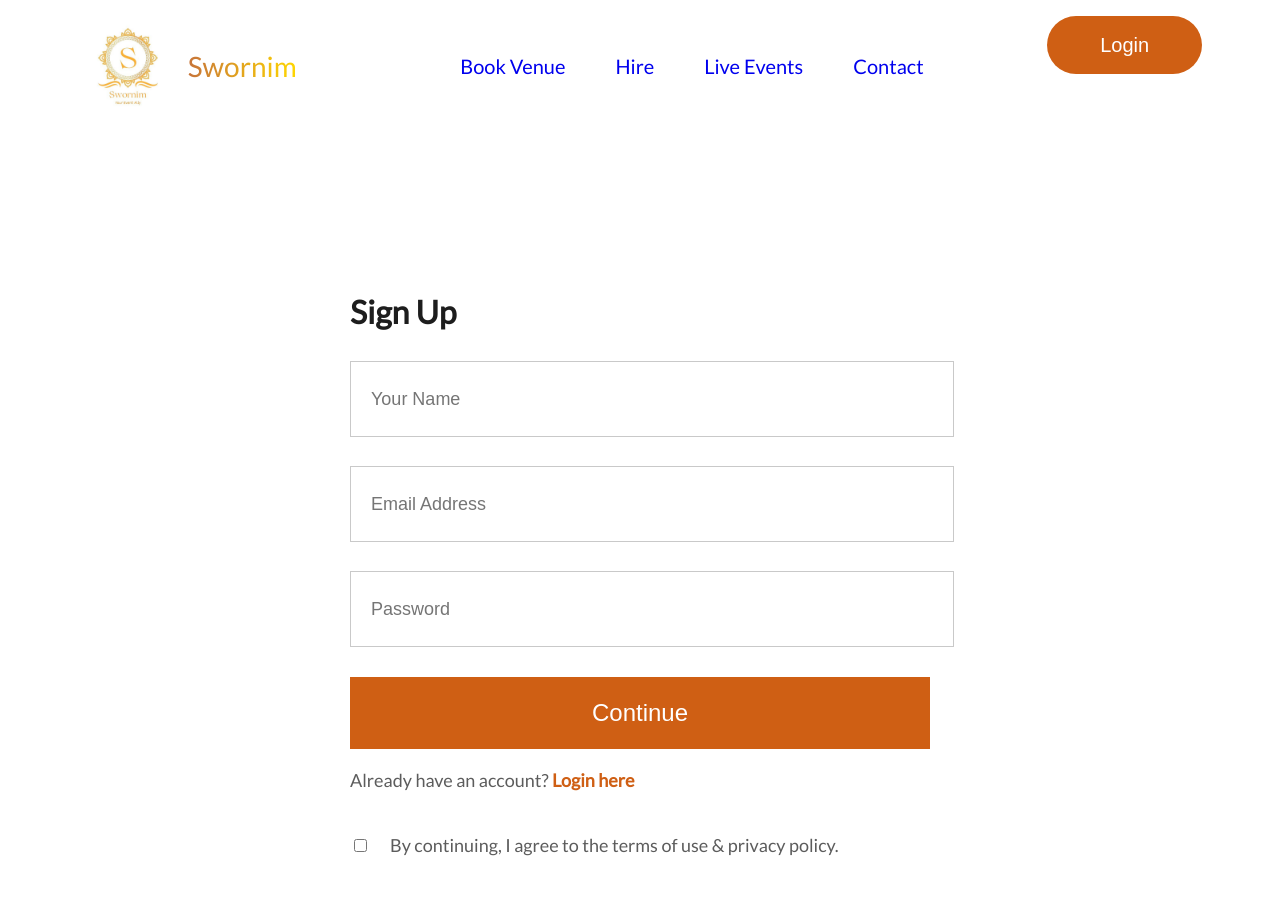
Repository: leonischu/Swornim
Page: /login (app in frontend/)
An editor plug-in stored every save of this project. The page is shown before and after the next save, followed by the edit.
The browser window is 1280 px wide. The pictures show the whole page.
The project was rebuilt for these pictures with package versions that can differ from the ones it lists, and the page was loaded fresh each time. Also part of the build but not shown: frontend/src/App.css, frontend/src/Pages/Book.jsx, frontend/src/Pages/Contact.jsx.

Above is the page before, as saved 2025-05-31 14:05:13.

### frontend/public/index.html
<!DOCTYPE html>
<html lang="en">
  <head>
    <meta charset="utf-8" />
    <link rel="icon" href="%PUBLIC_URL%/favicon.ico" />
    <meta name="viewport" content="width=device-width, initial-scale=1" />
    <meta name="theme-color" content="#000000" />
    <meta
      name="description"
      content="Web site created using create-react-app"
    />
    <link rel="apple-touch-icon" href="%PUBLIC_URL%/logo192.png" />
    <!--
      manifest.json provides metadata used when your web app is installed on a
      user's mobile device or desktop. See https://developers.google.com/web/fundamentals/web-app-manifest/
    -->
    <link rel="manifest" href="%PUBLIC_URL%/manifest.json" />
    <link href="https://fonts.googleapis.com/css2?family=Lato:wght@400;600&family=Playfair+Display:wght@400;600;700&display=swap" rel="stylesheet">
    <!--
      Notice the use of %PUBLIC_URL% in the tags above.
      It will be replaced with the URL of the `public` folder during the build.
      Only files inside the `public` folder can be referenced from the HTML.

      Unlike "/favicon.ico" or "favicon.ico", "%PUBLIC_URL%/favicon.ico" will
      work correctly both with client-side routing and a non-root public URL.
      Learn how to configure a non-root public URL by running `npm run build`.
    -->
    <title>Swornim</title>
  </head>
  <body>
    <noscript>You need to enable JavaScript to run this app.</noscript>
    <div id="root"></div>
    <!--
      This HTML file is a template.
      If you open it directly in the browser, you will see an empty page.

      You can add webfonts, meta tags, or analytics to this file.
      The build step will place the bundled scripts into the <body> tag.

      To begin the development, run `npm start` or `yarn start`.
      To create a production bundle, use `npm run build` or `yarn build`.
    -->
  </body>
</html>

### frontend/src/index.css
body {
  margin: 0;
  font-family: -apple-system, BlinkMacSystemFont, 'Segoe UI', 'Roboto', 'Oxygen',
    'Ubuntu', 'Cantarell', 'Fira Sans', 'Droid Sans', 'Helvetica Neue',
    sans-serif;
  -webkit-font-smoothing: antialiased;
  -moz-osx-font-smoothing: grayscale;
  font-family: 'Lato', sans-serif ;
  color: rgb(29, 29, 29);
}

code {
  font-family: source-code-pro, Menlo, Monaco, Consolas, 'Courier New',
    monospace;
}

### frontend/src/App.js

import './App.css';
import { Navbar } from './Components/Navbar/Navbar';
import { BrowserRouter, Routes, Route } from 'react-router-dom';
import { Book } from './Pages/Book';
import { Contact } from './Pages/Contact';
import { LoginSignup } from './Pages/LoginSignup';
function App() {
  return (
    <div>
      <BrowserRouter>
      <Navbar/>
       <Routes>
          <Route path='/' element={<Book/>}/>
          <Route path='/contact' element={<Contact/>}/>

          <Route path='/login' element={<LoginSignup/>}/>
          </Routes>
      </BrowserRouter>
    </div>
  );
}

export default App;

### frontend/src/Components/Navbar/Navbar.jsx
import React, { useState } from 'react'
import './Navbar.css'

import logo from '../Assets/logo.jpg'
import { Link } from 'react-router-dom';
export const Navbar = () => {
    const [menu, setMenu] = useState(""); // State for active menu item

  return (
    <div className='navbar'>
      <div className='nav-logo'>
        <img src={logo} alt=""/>
        <p>Swornim</p>
      </div>
      <ul className="nav-menu">
        <li onClick={()=>{setMenu("book venue")}}><Link style={{ textDecoration: 'none' }}to='/'>Book Venue</Link>{menu==="book venue"?<hr/>:<></>}</li>
        <li onClick={()=>{setMenu("hire")}}><Link style={{ textDecoration: 'none' }}to='/hire'> Hire</Link>{menu==="hire"?<hr/>:<></>}</li>
        <li onClick={()=>{setMenu("live events")}}><Link style={{ textDecoration: 'none' }} to='/liveevents'>Live Events</Link>{menu==="live events"?<hr/>:<></>}</li>
        <li onClick={()=>{setMenu("contact")}}><Link style={{ textDecoration: 'none' }}  to='/contact'>Contact</Link >{menu==="contact"?<hr/>:<></>}</li>
      </ul>
      <div className='nav-login-cart'>
        <Link to='/login'><button>Login</button></Link>

      </div>
    </div>
  )
}

### frontend/src/Pages/LoginSignup.jsx
import React from 'react'
import './CSS/LoginSignup.css'

export const LoginSignup = () => {
  return (
    <div className='loginsignup'>
        <div className='loginsignup-container'>
            <h1>Sign Up</h1>
            <div className='loginsignup-fields'>
                <input type='text' placeholder='Your Name'/>
                <input type='email' placeholder='Email Address'/>
                <input type='password' placeholder='Password'/>
            </div>
            <button>Continue</button>
            <p className='loginsignup-login'>Already have an account? <span>Login here</span></p>
            <div className="loginsignup-agree">
                <input type='checkbox' name='' id=''/>
                <p>By continuing, I agree to the terms of use & privacy policy.</p>
            </div>
        </div>
    </div>
  )
}

### frontend/src/Components/Navbar/Navbar.css
.navbar{
    display:flex;
    justify-content: space-around;
    padding: 16px;
    box-shadow: 0 1px 3px -2px black;
}
.nav-logo{
    display: flex;
    align-items: center;
    gap: 10px;
}
.nav-logo p {
    background: linear-gradient(to right, rgba(199, 116, 57, 1), #FFD700);
    -webkit-background-clip: text;
    -webkit-text-fill-color: transparent;
    background-clip: text; /* Optional for broader support */
    font-size: 28px;
    font-weight: 400;
}
.nav-logo img {
    width: 100px; /* Adjust the width of an image/icon */
    height: auto;
}
.nav-menu{
    display: flex;
    align-items: center;
    list-style: none;
    gap: 50px;
    color: black;
    font-size: 20px;
    font-weight: 500;

}
.nav-menu li{
    display: flex;
    flex-direction: column;
    align-items: center;
    justify-content: center;
    gap: 3px;
    cursor: pointer;

}
.nav-menu hr{
    border: none;
    width: 90%;
    height: 3px;
    border-radius: 15px;
    background: rgba(207, 95, 20, 1);

}
.nav-login-cart {
    display: flex; /* Flexbox layout */
    gap: 15px; /* Adjust the gap between buttons */
}
.nav-login-cart button{
    width: 155px;
    height: 58px;
    outline: none;
    border: 1px solid transparent;
    border-radius: 75px;
    background-color: rgba(207, 95, 20, 1);
    color: white;
    font-size: 20px;
    font-weight: 500;
    cursor: pointer;
}
.nav-login-cart button:active{
    background: rgba(44, 51, 66, 1);
}

### frontend/src/Pages/CSS/LoginSignup.css
.loginsignup{
    width: 100%;
    height: 80vh;
    background: white;
    padding-top: 100px;
}
.loginsignup-container{
    width: 580px;
    height: 600px;
    background: white;
    margin: auto;
    padding: 40px 60px;
}
.loginsignup-container h1{
    margin: 20px 0px;
}
.loginsignup-fields{
    display: flex;
    flex-direction: column;
    gap: 29px;
    margin-top: 30px;
}
.loginsignup-fields input{
    height: 72px;
    width: 100%;
    padding-left: 20px;
    border: 1px solid #c9c9c9;
    outline: none;
    color: #5c5c5c;
    font-size: 18px;
}
.loginsignup-container button{
    width: 580px;
    height: 72px;
    color: white;
    background: rgba(207, 95, 20, 1);
    margin-top: 30px;
    border: none;
    font-size: 24px;
    font-weight: 500;
    cursor: pointer;
}
.loginsignup-login{
    margin-top: 20px;
    color: #5c5c5c;
    font-size: 18px;
    font-weight: 500;
}
.loginsignup-login span{
    color: rgba(207, 95, 20, 1);
    font-weight: 600;
}
.loginsignup-agree{
  display: flex;
  align-items: center;
  margin-top: 25px;
  gap: 20px;
  color: #5c5c5c;
  font-size: 18px;
  font-weight: 500;
}

Loaded but not shown: frontend/src/index.js (common file); frontend/src/reportWebVitals.js (common file)

After the next save:
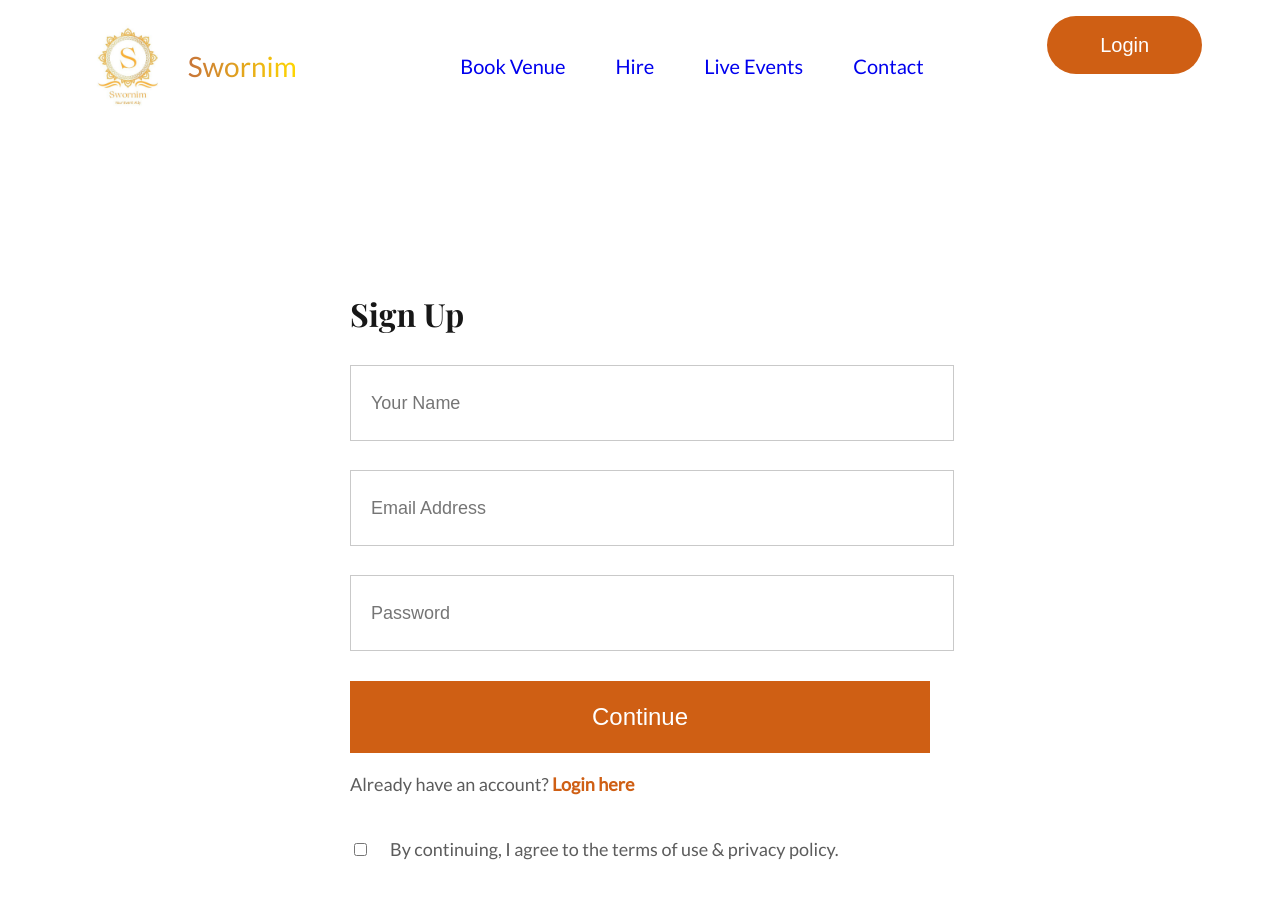
Saved 2 min 33 s later.
--- a/frontend/src/index.css
+++ b/frontend/src/index.css
@@ -8,6 +8,17 @@ body {
   font-family: 'Lato', sans-serif ;
   color: rgb(29, 29, 29);
 }
+h1, h2, h3, h4, h5, h6 {
+  font-family: 'Playfair Display', serif;
+  color: rgb(23, 23, 23); /* Default heading color */
+  font-weight: bold;
+}
+.title-medium {
+  font-family: 'Playfair Display', serif;
+  font-size: 20px;
+  font-weight: bold;
+  color: rgb(23, 23, 23);
+}
 
 code {
   font-family: source-code-pro, Menlo, Monaco, Consolas, 'Courier New',
